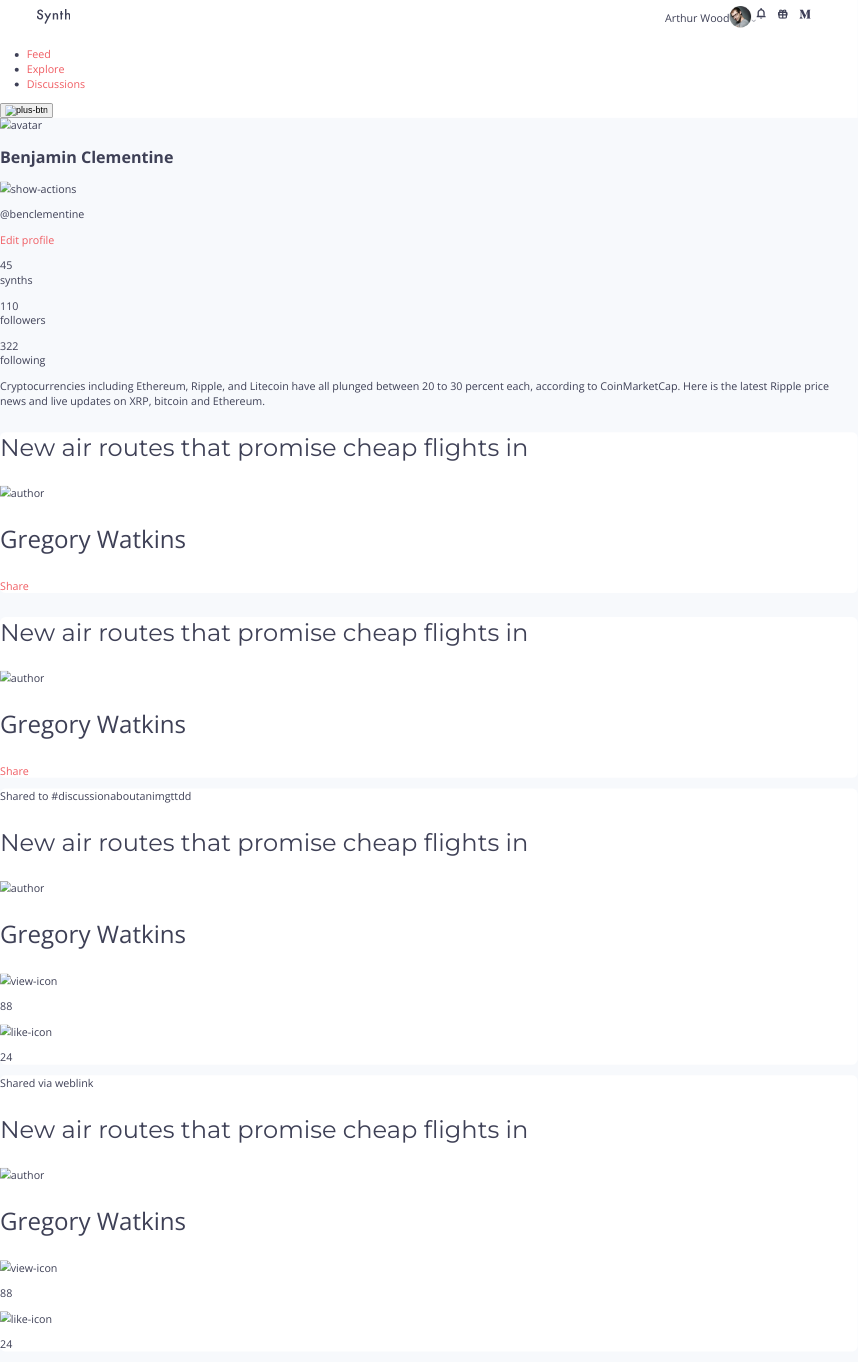
Repository: ecspetra/swivl-test-task
Page: index.html
An editor plug-in stored every save of this project. The page is shown before and after the next save, followed by the edit.
The browser window is 1280 px wide. The pictures show the whole page, at 67% of full size.
The style sheet was rebuilt from its Sass, Less or Tailwind sources for each picture, by a compiler version that may differ from the author's.

Above is the page before, as saved 2021-12-09 22:06:10.

After the next save:
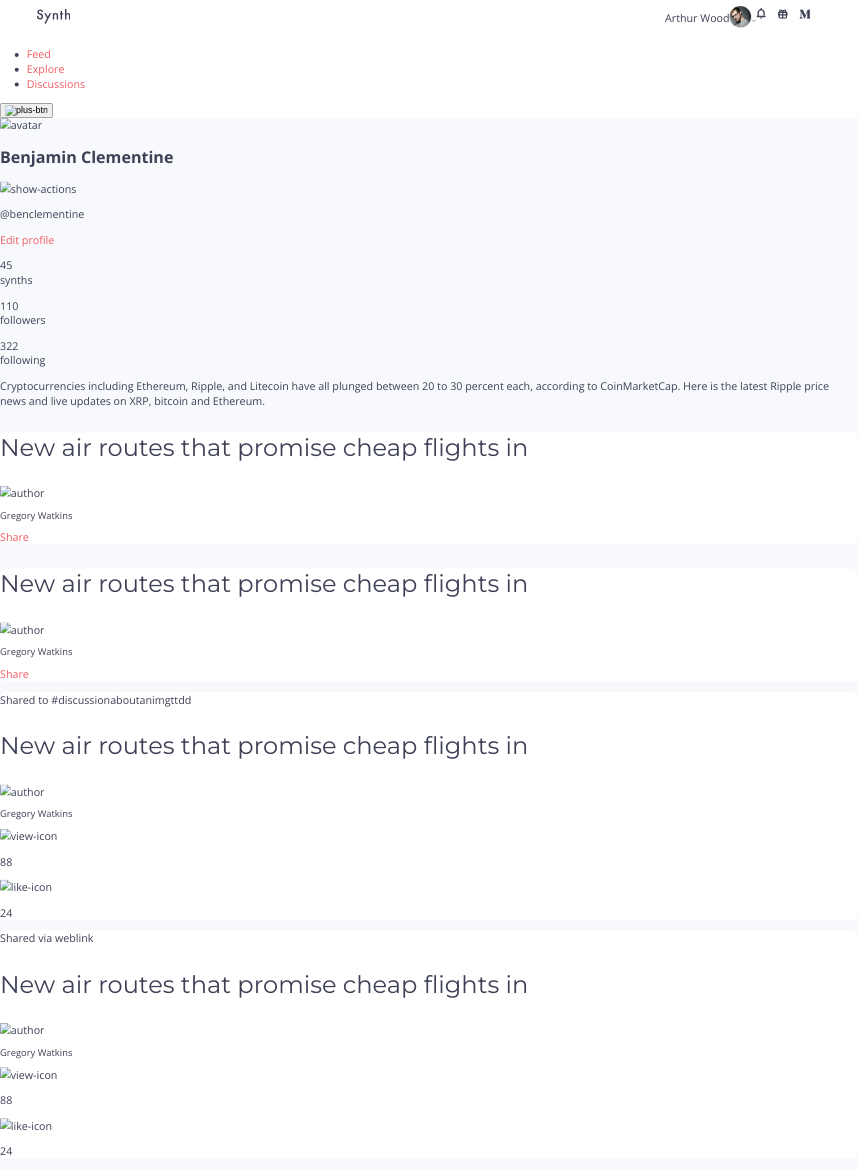
Saved 7 s later.
--- a/scss/style.scss
+++ b/scss/style.scss
@@ -170,7 +170,7 @@ a {
 .profile-card__author {
 }
 .profile-card__author-name {
-  font: 400 36px / 44px "Open Sans", sans-serif;
+  font: 400 14px / 16px "Open Sans", sans-serif;
 }
 .profile-card__actions-wrapper {
 }
